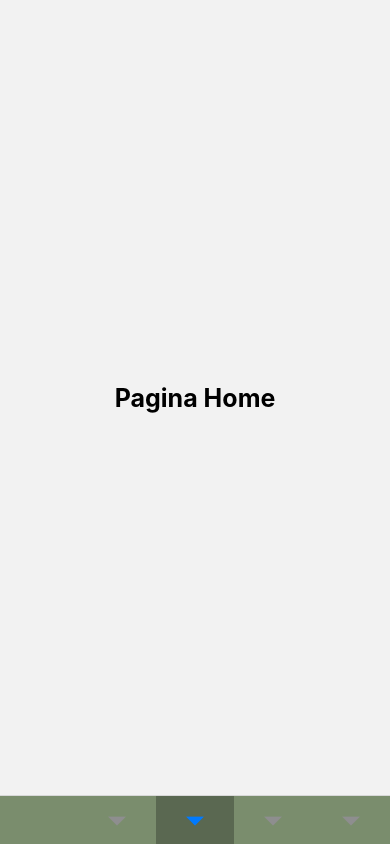
Repository: GabrielAron/EcoWheels
Screen: /Home
The author's editor kept a copy of each file at every save. The screen is drawn from the files as they stood at one save, then again after a run of saves.
The app was drawn by React Native's web renderer in a window 390 px wide. The project was rebuilt for these pictures with package versions that can differ from the ones it lists, and the page was loaded fresh each time. Also part of the build but not shown: src/Paginas/Carros/index.js, src/Paginas/Ajuda/index.js, src/Paginas/Mapa/index.js.

Above is the screen before, as saved 2023-11-07 12:20:20.

After the next 2 saves:
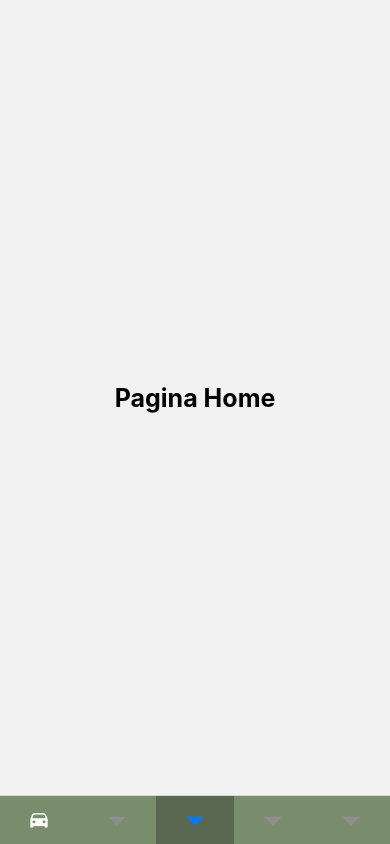
The 2 saves are shown as one change because 1 did not build or start.
The last was saved 10 s later.
--- a/src/Paginas/routes.js
+++ b/src/Paginas/routes.js
@@ -43,7 +43,7 @@ export default function Routes() {
                 if(focused){
                     return <Ionicons name='md-car' size={23} color="#FFF"/>
                   }
-
+                  return <Ionicons name='md-car' size={23} color="#FFF"></Ionicons>
             }
         }} />
 
